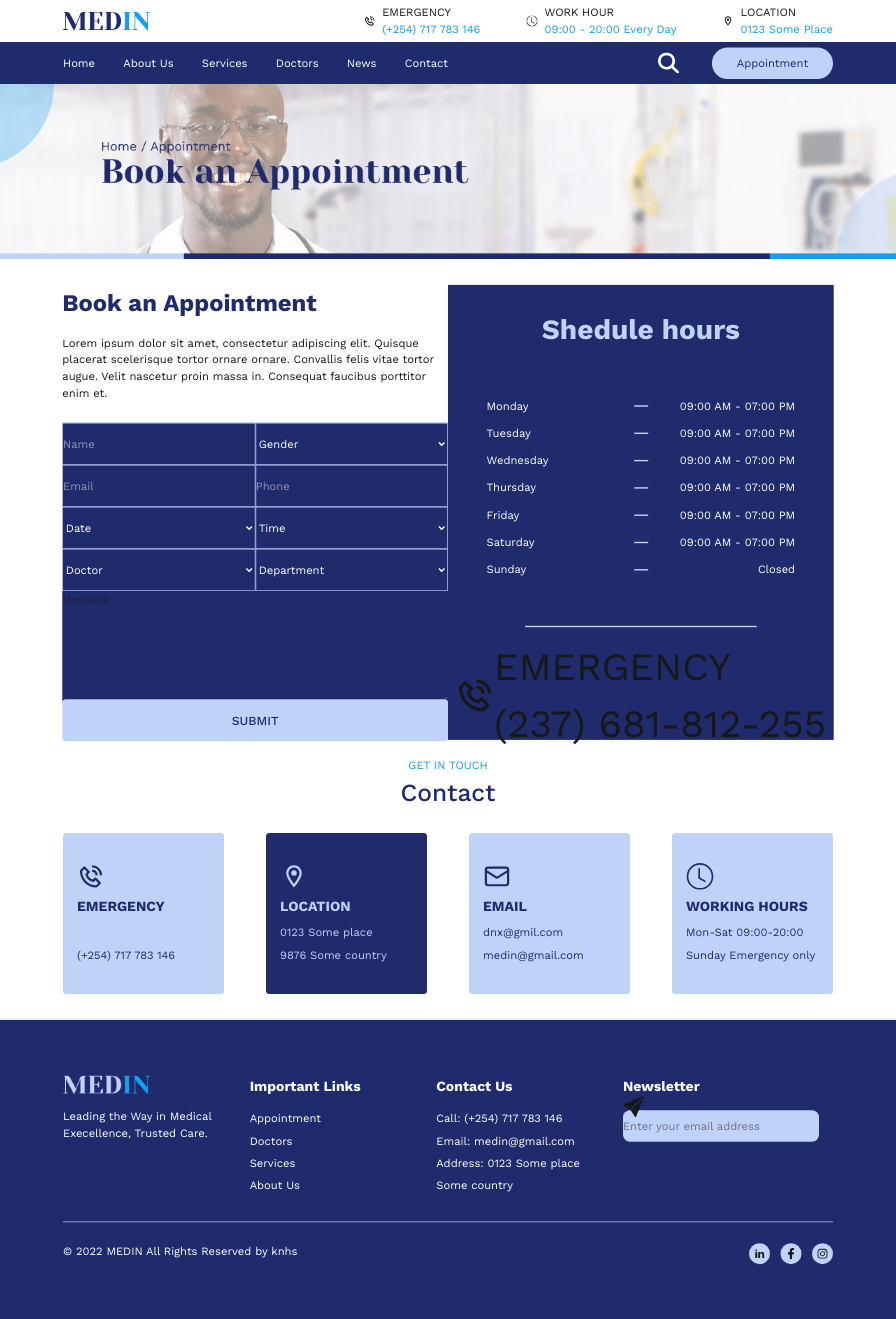
Repository: SynHK3/Poc_Hospital
Page: /appointment (app in fe_hospital/)
The author's editor kept a copy of each file at every save. The page is drawn from the files as they stood at one save, then again after a run of saves.
The browser window is 1280 px wide. The pictures show the whole page, at 70% of full size.
The project was rebuilt for these pictures with package versions that can differ from the ones it lists, and the page was loaded fresh each time. The framework's server and built-in components were replaced by stand-ins that run in the browser. Also part of the build but not shown: fe_hospital/next.config.ts.

Above is the page before, as saved 2025-09-02 22:55:02.

After the next 2 saves:
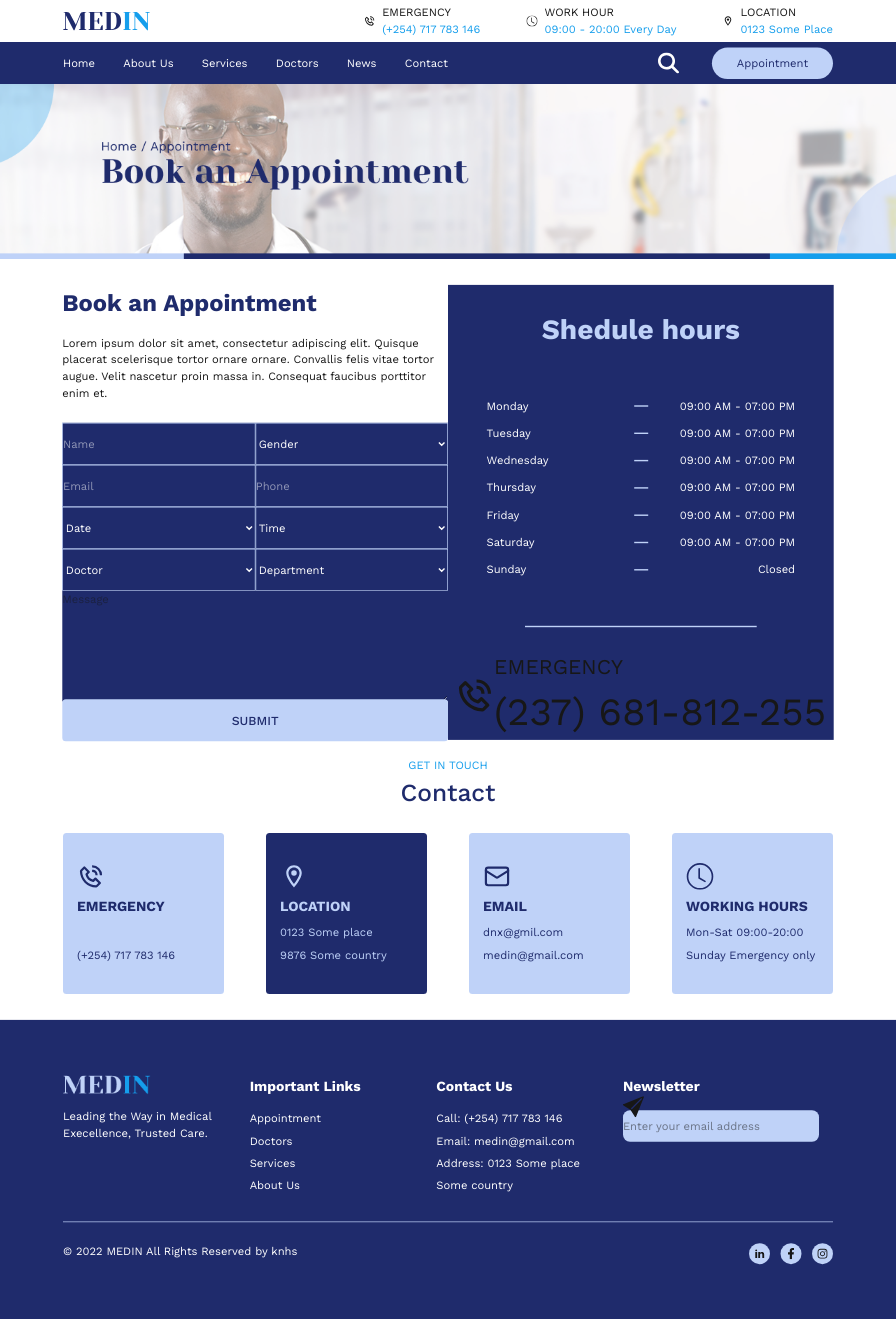
The 2 saves are shown as one change because they came seconds apart.
The last was saved 8 s later.
--- a/fe_hospital/src/app/appointment/appointment.css
+++ b/fe_hospital/src/app/appointment/appointment.css
@@ -160,7 +160,7 @@
 }
 
 .shedule__info--contact--desc > h3 {
-  font-size: 55px;
+  font-size: 30px;
 }
 
 .shedule__info--contact--desc > h5 {
